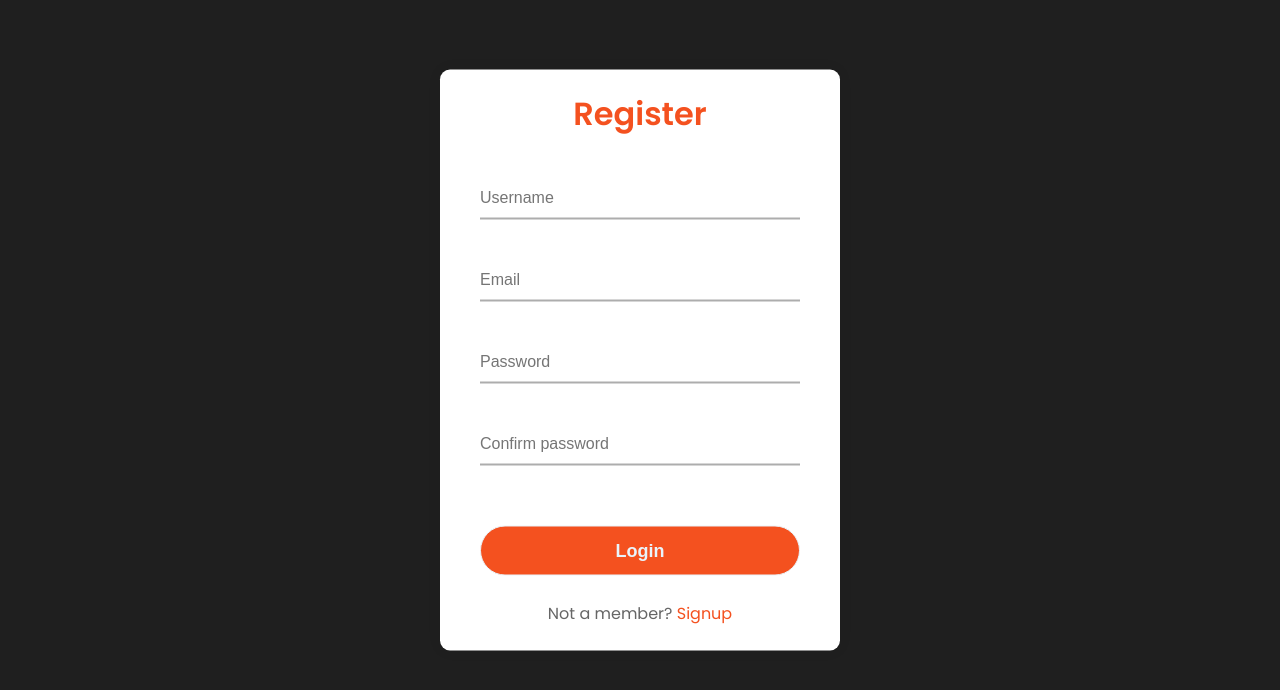
Repository: long5122000/Shopc
Page: register.html
The author's editor kept a copy of each file at every save. The page is drawn from the files as they stood at one save, then again after the next save.
The browser window is 1280 px wide. The pictures show the whole page.
The pointer rests on the first visible `input[type="submit"]`.
The style sheet was rebuilt from its Sass, Less or Tailwind sources for each picture, by a compiler version that may differ from the author's.

Above is the page before, as saved 2021-11-30 20:49:35.

After the next save:
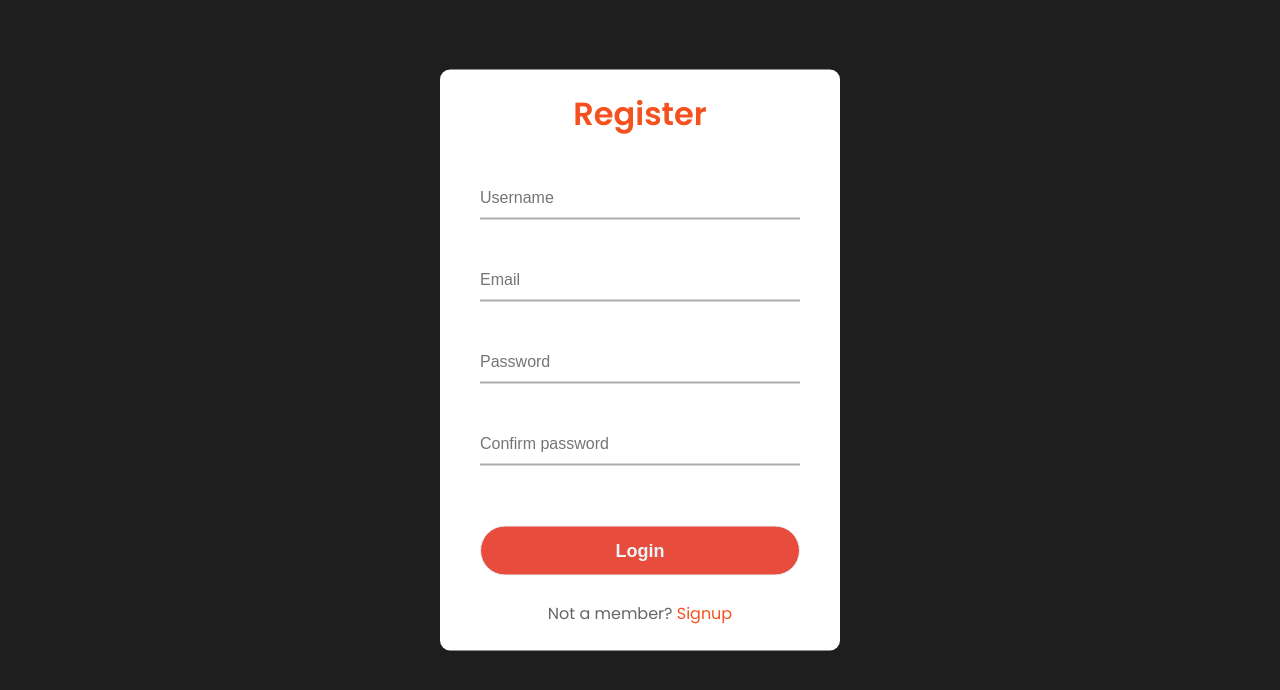
Saved 37 s later.
--- a/sass/_register.scss
+++ b/sass/_register.scss
@@ -81,7 +81,7 @@ input[type="submit"] {
 }
 
 input[type="submit"]:hover {
-  background-color: var(--first-color);
+  background-color: #e74c3c;
 }
 
 .signup_link {
